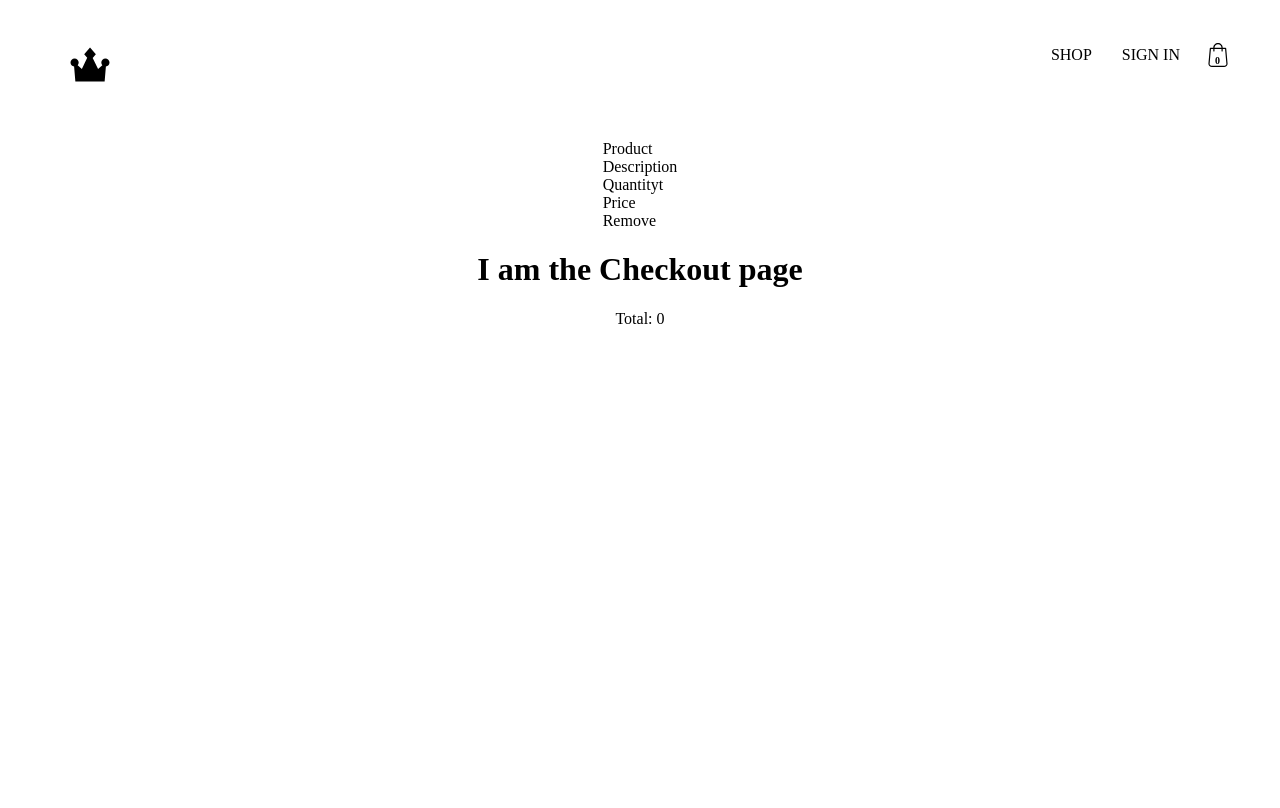
Repository: Chadi2000/crwn-clothing
Page: /checkout
The author's editor kept a copy of each file at every save. The page is drawn from the files as they stood at one save, then again after the next save.
The browser window is 1280 px wide. The pictures show the whole page.
The project was rebuilt for these pictures with package versions that can differ from the ones it lists, and the page was loaded fresh each time. Also part of the build but not shown: src/categories.styles.scss, src/components/category-item/category-item.styles.scss, src/components/category-item/category-item.component.jsx, src/components/directory/directory.styles.scss, src/components/directory/directory.component.js, src/routes/home/home.component.jsx, src/components/button/button.styles.scss, src/components/button/button.component.jsx and 16 more.

Above is the page before, as saved 2024-02-18 20:57:37.

After the next save:
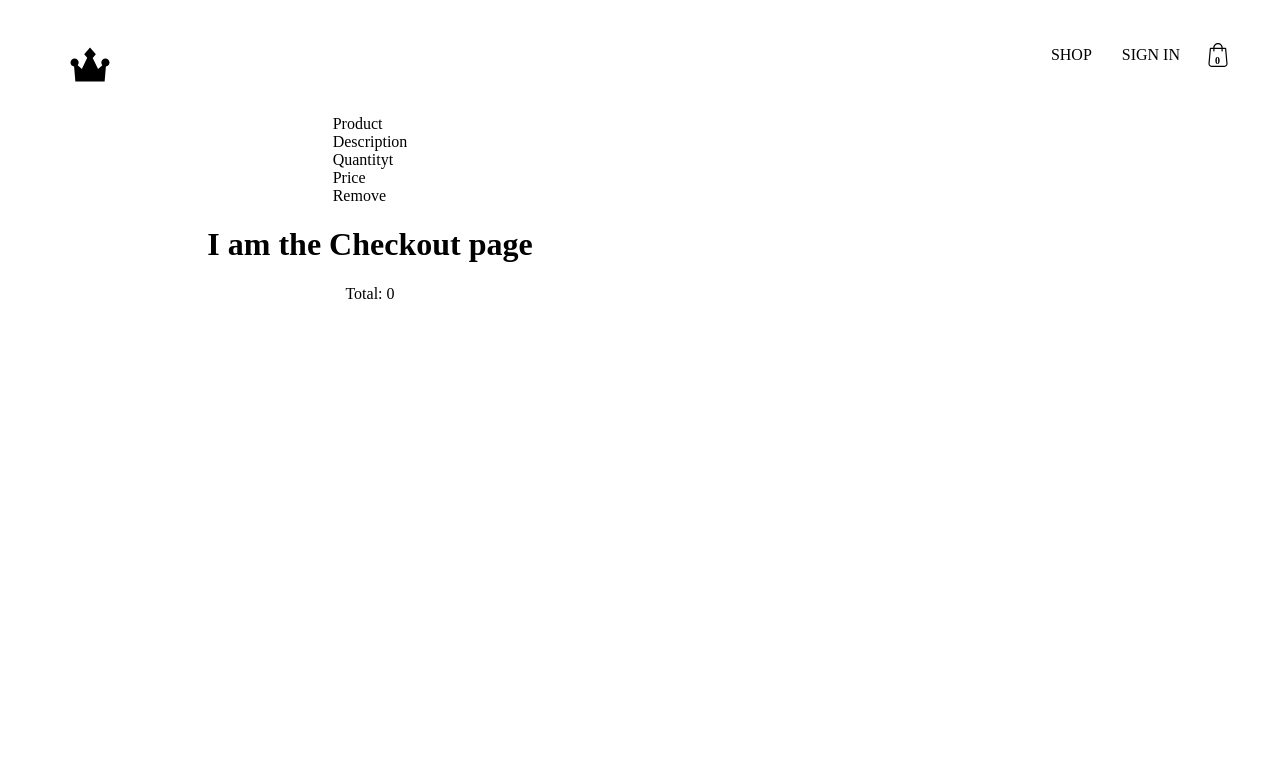
Saved 6 s later.
--- a/src/routes/checkout/checkout.styles.scss
+++ b/src/routes/checkout/checkout.styles.scss
@@ -4,5 +4,5 @@
     display: flex;
     flex-direction: column;
     align-items: center;
-    margin: 50px auto 0;
+    //margin: 50px auto 0;
 }

After the save that followed:
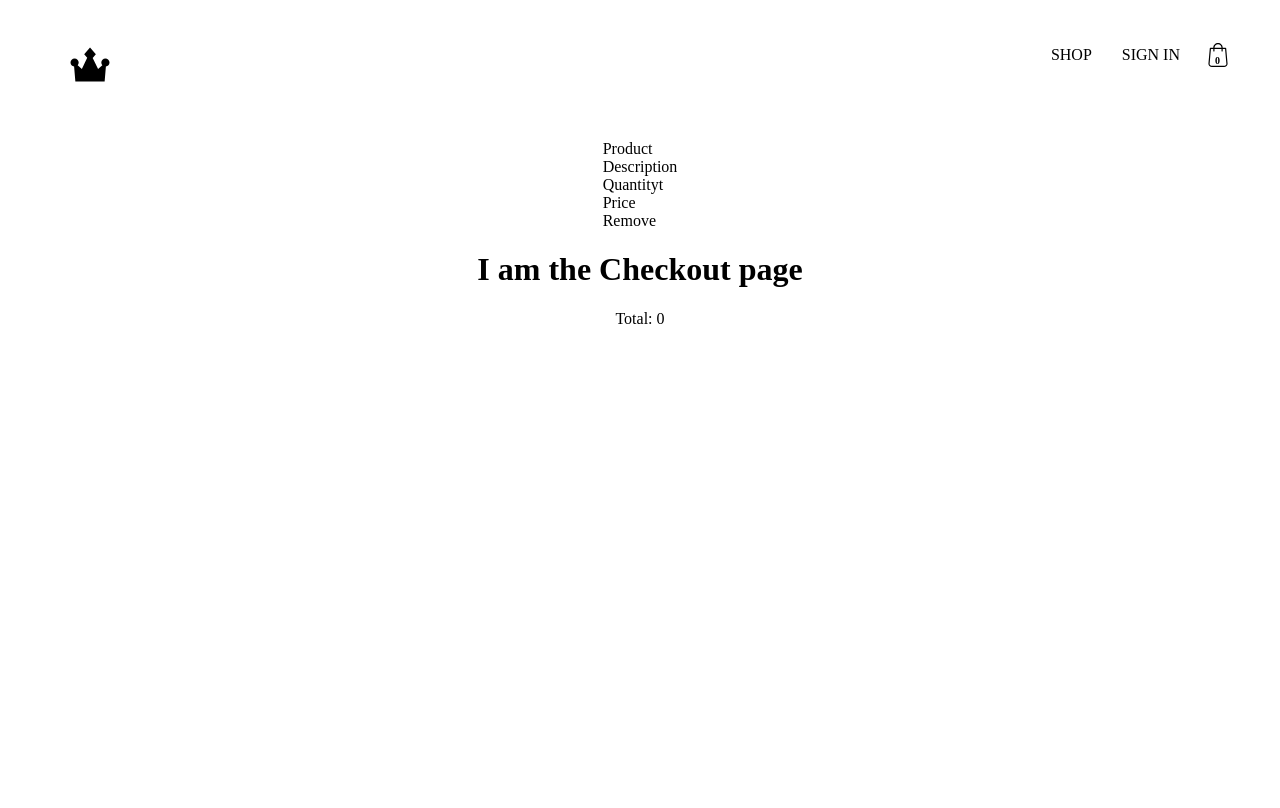
Saved 4 s later.
--- a/src/routes/checkout/checkout.styles.scss
+++ b/src/routes/checkout/checkout.styles.scss
@@ -4,5 +4,5 @@
     display: flex;
     flex-direction: column;
     align-items: center;
-    //margin: 50px auto 0;
+    margin: 50px auto 0;
 }
